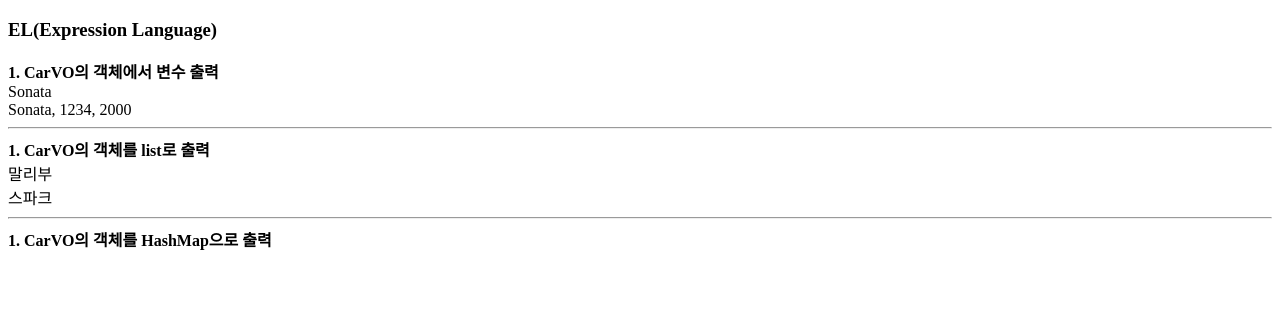
Repository: WoodongMaster/JSP_Workspace
Page: http://localhost/jstl_study/step01.jsp
These files come from the project's save history. The page is drawn as it stood at one moment and after the next save; the edit follows.
The browser window is 1280 px wide. The pictures show the whole page.
The page is served by Tomcat 9.

Above is the page before, as saved 2023-05-09 06:06:04.

After the next save:
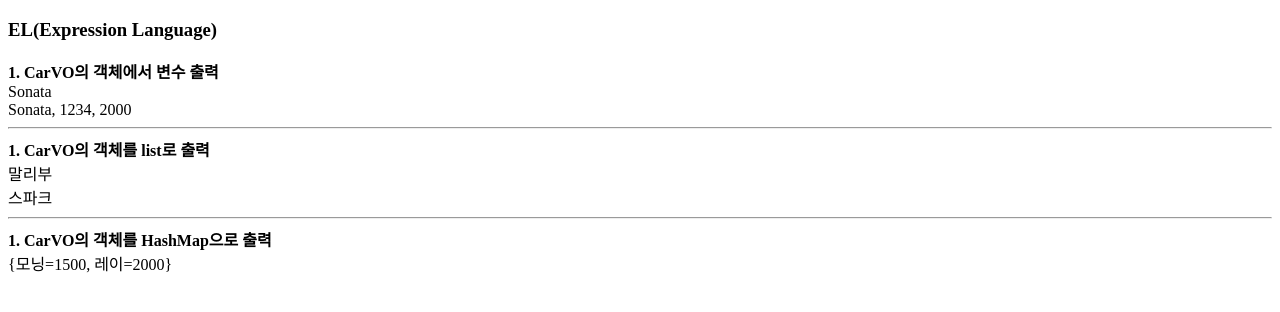
Saved 2 min 6 s later.
--- a/jstl_project/jstl_study/src/main/webapp/step01.jsp
+++ b/jstl_project/jstl_study/src/main/webapp/step01.jsp
@@ -45,9 +45,14 @@
 	${sessionScope.carList[1].name}<br>
 	<hr>
 	<!-- 해쉬맵으로 변수를 출력 -->
-	<strong>1. CarVO의 객체를 HashMap으로 출력</strong><br>
 	<%
 	Map<String, Integer> map = new HashMap<>();
+	map.put("모닝", 1500);
+	map.put("레이", 2000);
+	request.setAttribute("hmap", map);
 	 %>
+	<strong>1. CarVO의 객체를 HashMap으로 출력</strong><br>
+		${hmap}<br>
+
 </body>
 </html>

After the save that followed:
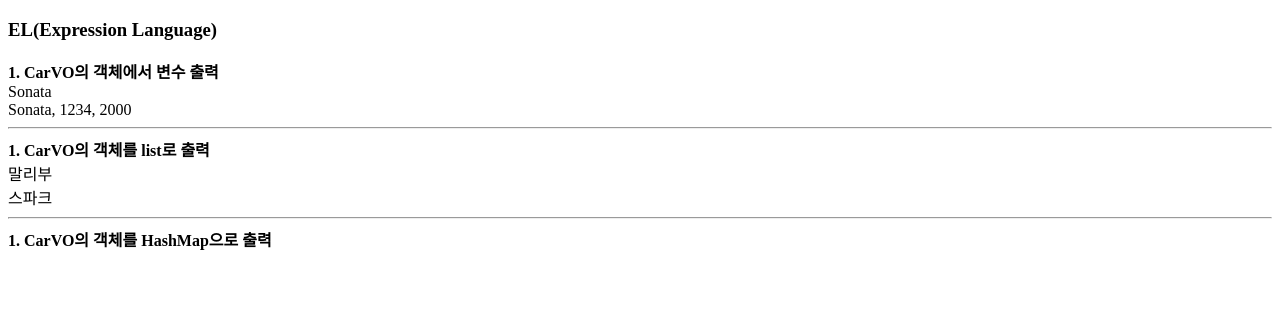
Saved 17 s later.
--- a/jstl_project/jstl_study/src/main/webapp/step01.jsp
+++ b/jstl_project/jstl_study/src/main/webapp/step01.jsp
@@ -52,7 +52,7 @@
 	request.setAttribute("hmap", map);
 	 %>
 	<strong>1. CarVO의 객체를 HashMap으로 출력</strong><br>
-		${hmap}<br>
+		${hmap[0]}<br>
 
 </body>
 </html>
